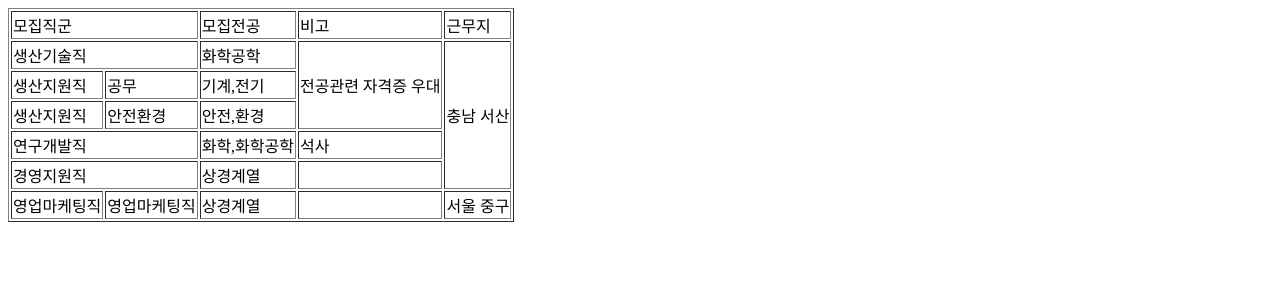
Repository: jeemaru/htme_01
Page: html_01/ex08.html
An editor plug-in stored every save of this project. The page is shown before and after the next save, followed by the edit.
The browser window is 1280 px wide. The pictures show the whole page.

Above is the page before, as saved 2022-04-01 06:14:54.

### html_01/ex08.html
<!DOCTYPE html>

<html>

	<head>
		<meta charset="UTF-8">
		<title>Insert title here</title>
	</head>

	<body>
		<table border="1">
			<tr>
				<td colspan="2">모집직군</td>
				<!--<td>모집직군 colspan</td>-->
				<td>모집전공</td>
				<td>비고</td>
				<td>근무지</td>
			</tr>
			<tr>
				<td colspan="2">생산기술직</td>
				<!--<td>생산기술직</td>-->
				<td>화학공학</td>
				<td rowspan="3">전공관련 자격증 우대</td>
				<td rowspan="5">충남 서산</td>
			</tr>
			<tr>
				<td>생산지원직</td>
				<td>공무</td>
				<td>기계,전기</td>
				<!--<td>전공관련 자격증 우대 rowspan</td>-->
				<!--<td>충남 서산 rowspan</td>-->
			</tr>
			<tr>
				<td>생산지원직</td>
				<td>안전환경</td>
				<td>안전,환경</td>
				<!--<td>전공관련 자격증 우대 rowspan</td>-->
				<!--<td>충남 서산 rowspan</td>-->
			</tr>
			<tr>
				<td colspan="2">연구개발직</td>
				<!--<td>연구개발직 colspan</td>-->
				<td>화학,화학공학</td>
				<td>석사</td>
				<!--<td>충남 서산 rowspan</td>-->
			</tr>
			<tr>
				<td colspan="2">경영지원직</td>
				<!--<td>경영지원직 colspan</td>-->
				<td>상경계열</td>
				<td>       </td>
				<!--<td>충남 서산 rowspan</td>-->
			</tr>
			<tr>
				<td>영업마케팅직</td>
				<td>영업마케팅직</td>
				<td>상경계열</td>
				<td>       </td>
				<td>서울 중구</td>
			</tr>
		</table>
	</body>
</html>

After the next save:
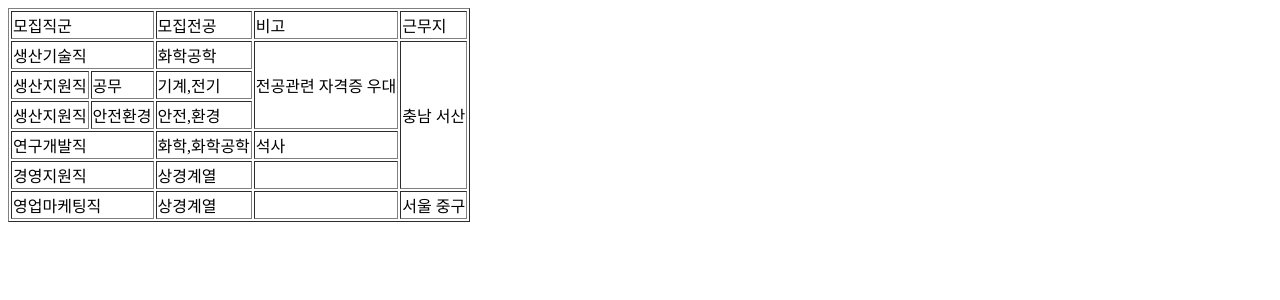
Saved 34 s later.
--- a/html_01/ex08.html
+++ b/html_01/ex08.html
@@ -52,8 +52,8 @@
 				<!--<td>충남 서산 rowspan</td>-->
 			</tr>
 			<tr>
-				<td>영업마케팅직</td>
-				<td>영업마케팅직</td>
+				<td colspan="2">영업마케팅직</td>
+				<!--<td>영업마케팅직 colspan</td>-->
 				<td>상경계열</td>
 				<td>       </td>
 				<td>서울 중구</td>
